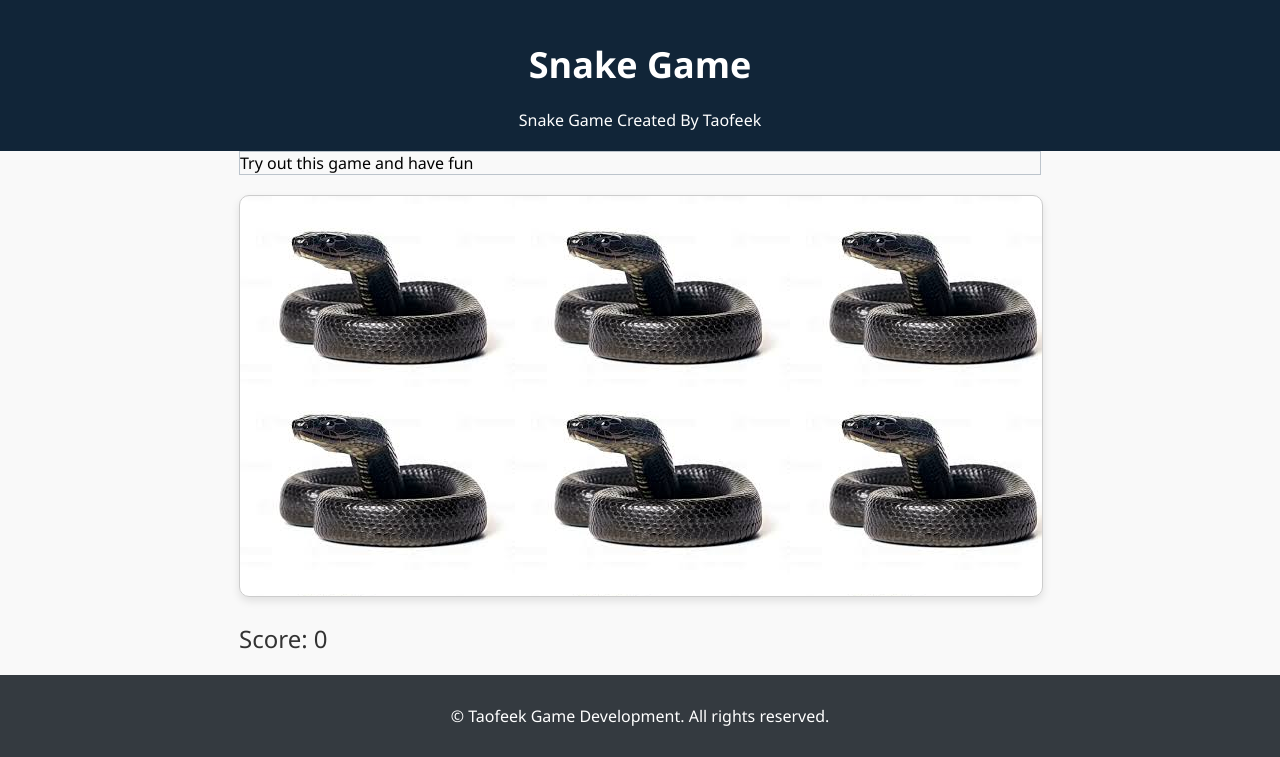
Repository: Taofeekolusola/Landing-page
Page: index.html
The author's editor kept a copy of each file at every save. The page is drawn from the files as they stood at one save, then again after a run of saves.
The browser window is 1280 px wide. The pictures show the whole page.

Above is the page before, as saved 2024-05-06 18:39:23.
Not found: script.js

### index.html
<!DOCTYPE html>
<html lang="en">
<head>
    <meta charset="UTF-8">
    <meta name="viewport" content="width=device-width, initial-scale=1.0">
    <title>Snake Game</title>
    <link rel="stylesheet" href="styles.css">
</head>
<body>
    <header>
        <div class="container">
            <h1>Snake Game</h1>
        </div>
        <div class="name">Snake Game Created By Taofeek</div>
    </header>
    <main>
        <div>
            <div class="text">Try out this game and have fun</div>
            <canvas class="snake"></canvas>
            <div id="score">Score: 0</div>
        </div>
    </main>
    <footer>
        <div class="container">
            <p>&copy; Taofeek Game Development. All rights reserved.</p>
        </div>
    </footer>
    <script src="script.js"></script>
</body>
</html>

### styles.css
body {
    font-family: 'Segoe UI', Tahoma, Geneva, Verdana, sans-serif;
    margin: 0;
    padding: 0;
    display: flex;
    flex-direction: column;
    min-height: 100vh;
    background-color: #f9f9f9;
}

.container {
    width: 80%;
    max-width: 800px;
    margin: 0 auto;
    padding: 20px;
}

header {
    background-color: #112538;
    color: #fff;
    text-align: center;
    padding: 20px 0;
}

header h1 {
    font-size: 36px;
    margin: 0;
}

.snake {
    height: 400px;
    width: 100%;
    margin-top: 20px;
    background-image: url('image.jpg');
}

.text {
    margin-left: 0;
    border: 1px solid #bcc4cc
}

main {
    flex-grow: 1;
    display: flex;
    justify-content: center;
    align-items: center;
}

canvas {
    border: 1px solid #ccc;
    border-radius: 10px;
    box-shadow: 0 4px 8px rgba(0, 0, 0, 0.1);
}

#score {
    margin-top: 20px;
    font-size: 24px;
    color: #333;
}

footer {
    background-color: #343a40;
    color: #fff;
    text-align: center;
    padding: 10px 0;
    margin-top: 20px;
}

footer p {
    margin: 0;
}

After the next 6 saves:
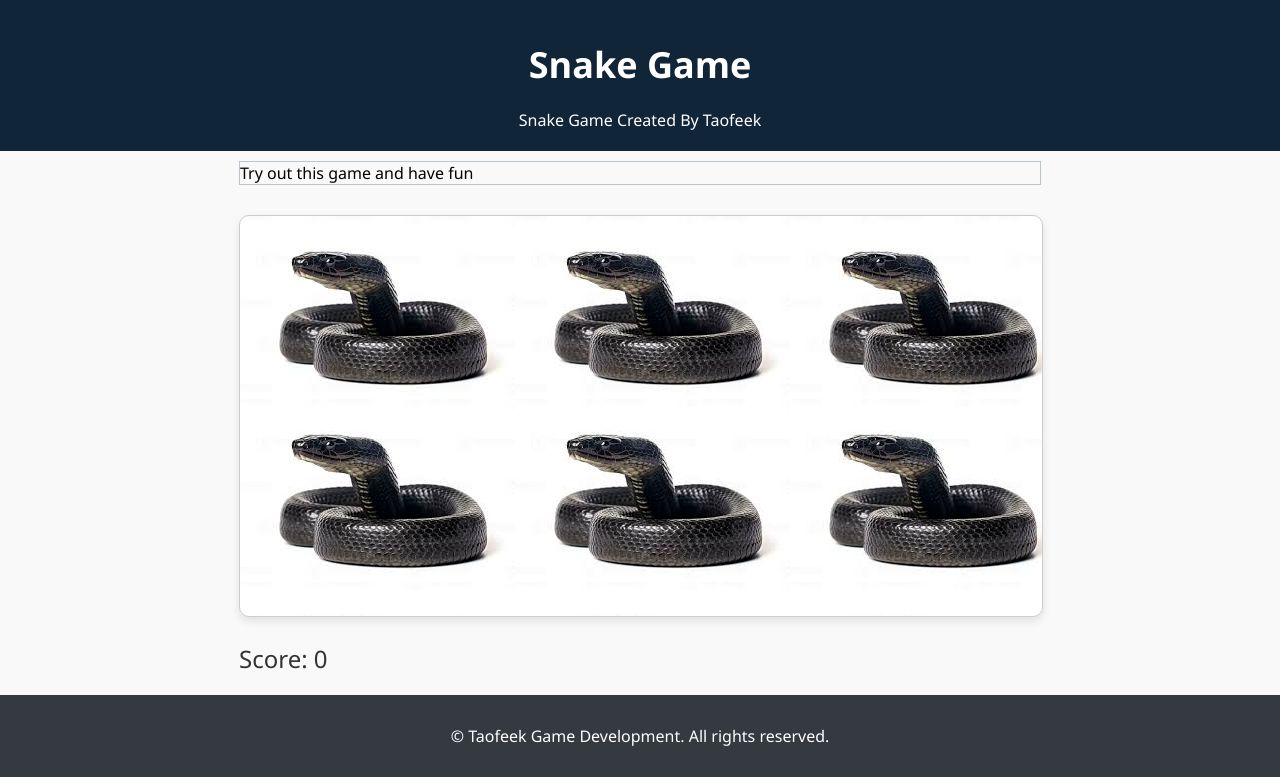
The 6 saves are shown as one change because they came seconds apart.
The last was saved 38 s later.
--- a/styles.css
+++ b/styles.css
@@ -35,7 +35,7 @@ header h1 {
 }
 
 .text {
-    margin-left: 0;
+    margin: 10px 0px;
     border: 1px solid #bcc4cc
 }
 
